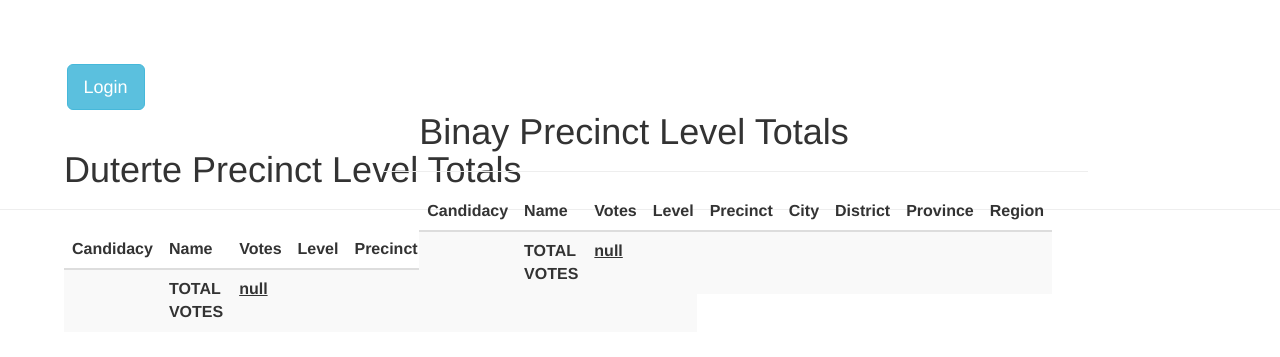
Repository: acbalutan/softdev-cencas-team_apink
Page: http://localhost/AES/index.jsp
The author's editor kept a copy of each file at every save. The page is drawn from the files as they stood at one save, then again after the next save.
The browser window is 1280 px wide. The pictures show the whole page.
The page is served by Tomcat 9. Queries for data that is not in the repository find no rows.

Above is the page before, as saved 2016-02-26 11:04:34.
Console error (its wording comes from the project's code and is left out).

After the next save:
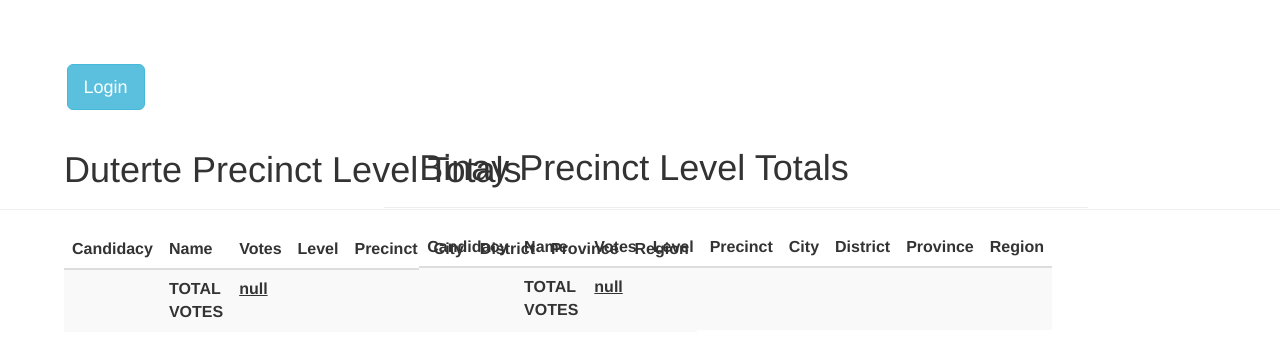
Saved 11 s later.
--- a/workspace/AES/WebContent/index.jsp
+++ b/workspace/AES/WebContent/index.jsp
@@ -79,7 +79,7 @@
 	</table>
 </div>
 
-<div style="position: absolute; top: 10%; left: 30%;">
+<div style="position: absolute; top: 15%; left: 30%;">
 	<div class="page-header" style="padding-left: 5%;">
 		<h1>Binay Precinct Level Totals</h1>
 	</div>
